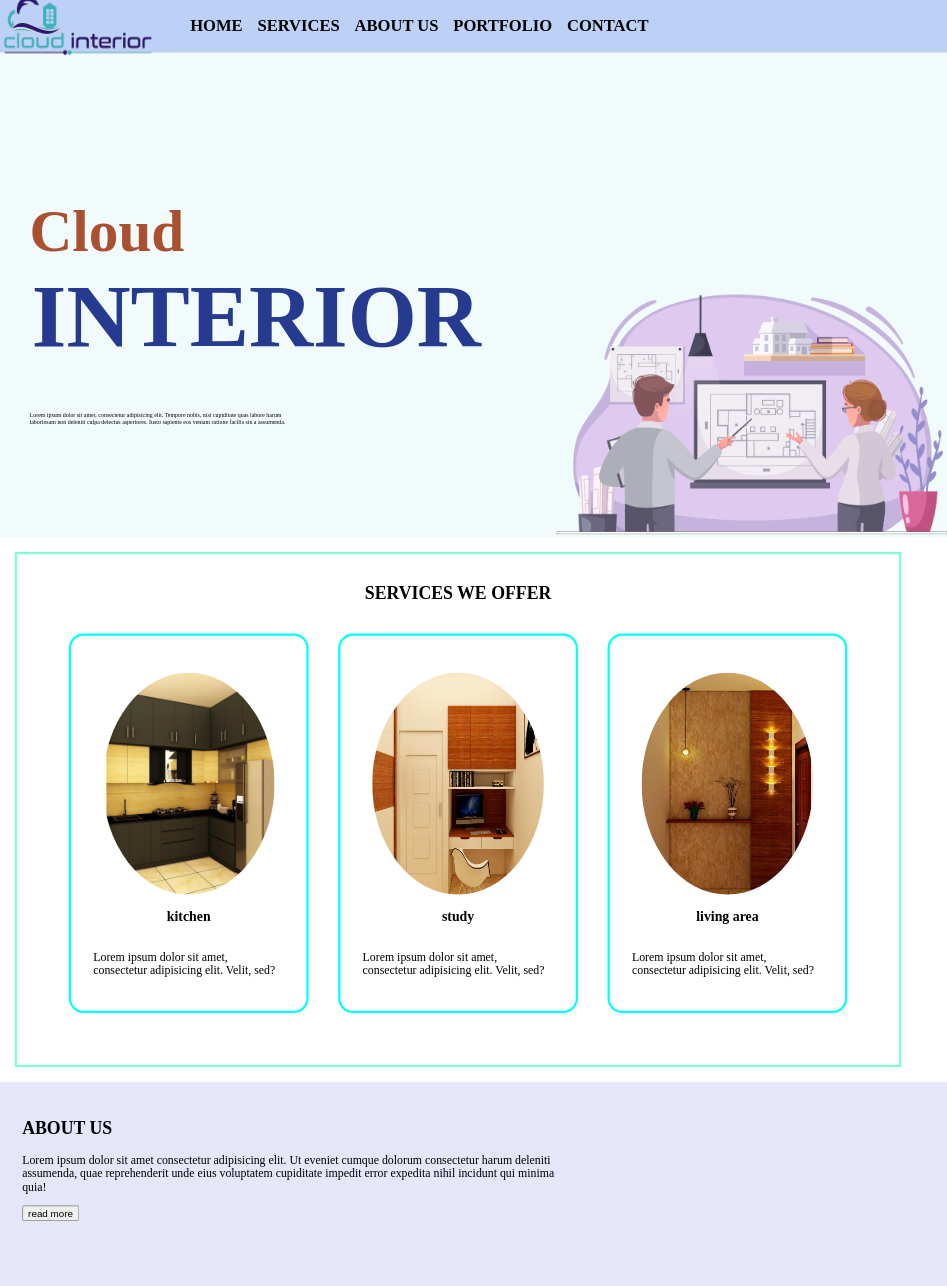
Repository: Ganavid/ganavidgowda.github.io
Page: cloud interior/‌index.html
An editor plug-in stored every save of this project. The page is shown before and after a run of saves, followed by the edit.
The browser window is 1280 px wide. The pictures show the whole page, at 74% of full size.

Above is the page before, as saved 2023-03-04 01:20:34.

After the next 3 saves:
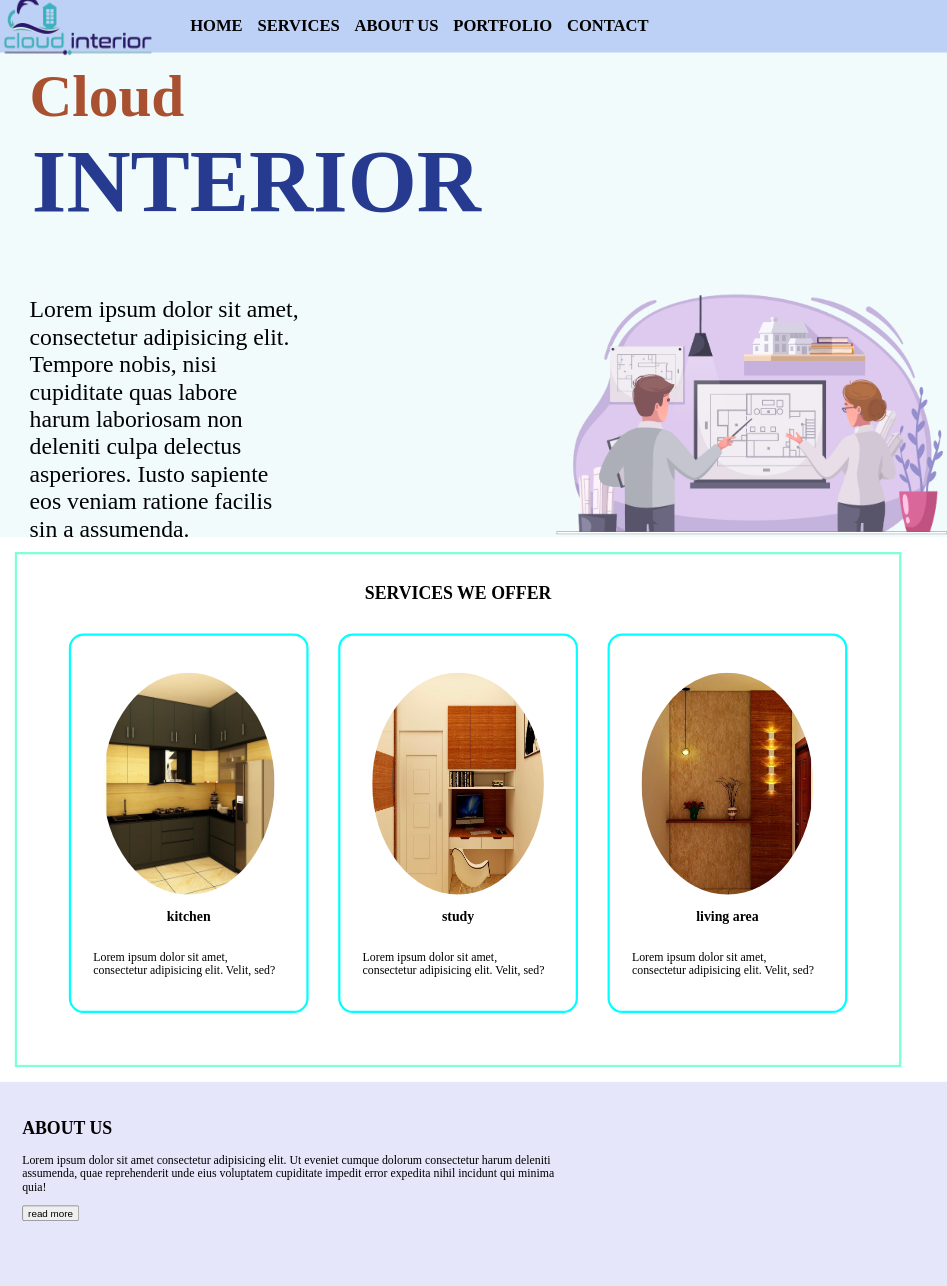
The 3 saves are shown as one change because they came seconds apart.
The last was saved 10 s later.
--- a/cloud interior/interial.css
+++ b/cloud interior/interial.css
@@ -87,7 +87,7 @@ nav{
 
 #subcontent p{
     max-width: 60%;
-    font-size: 50%;
+    font-size: 200%;
 }
 
 #subcntimg{
